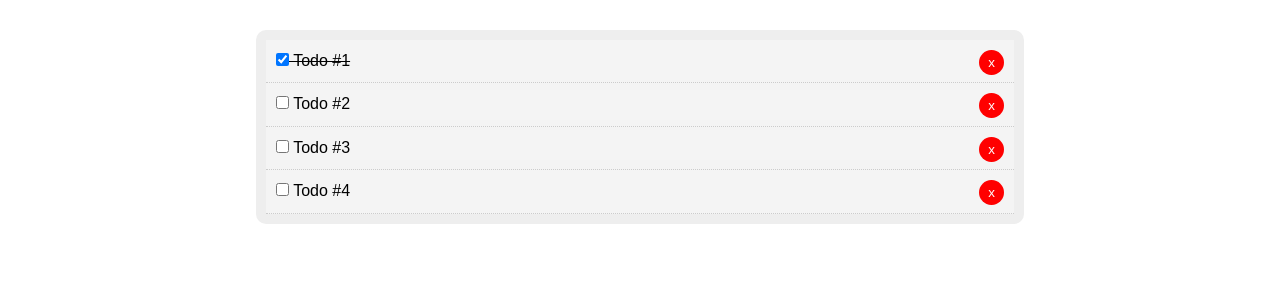
Repository: n0rthern-light/vuejs-taskmanager
Page: /
These files come from the project's save history. The page is drawn as it stood at one moment and after the next save; the edit follows.
The browser window is 1280 px wide. The pictures show the whole page.
The project was rebuilt for these pictures with package versions that can differ from the ones it lists, and the page was loaded fresh each time.

Above is the page before, as saved 2019-02-18 15:35:55.

After the next save:
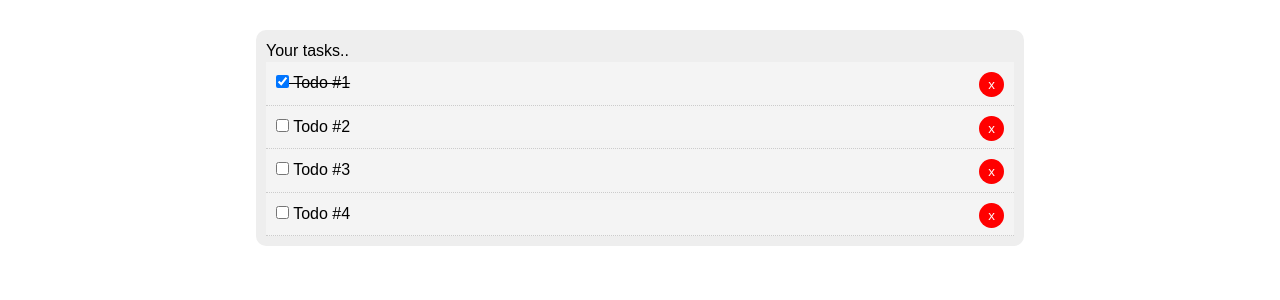
Saved 30 s later.
--- a/src/components/Todos.vue
+++ b/src/components/Todos.vue
@@ -1,5 +1,6 @@
 <template>
   <div class="container">
+    <span class="title">Your tasks..</span>
     <div v-for="todo in todos" :key="todo.id">
       <TodoItem :todo="todo" v-on:del-todo="$emit('del-todo', todo.id)" v-on:update-array="$emit('update-array', todo)"/>
     </div>
@@ -30,6 +31,10 @@ export default {
   flex-direction: column;
 }
 
+.container .title {
+
+}
+
 .container div {
   flex: 1;
 }
